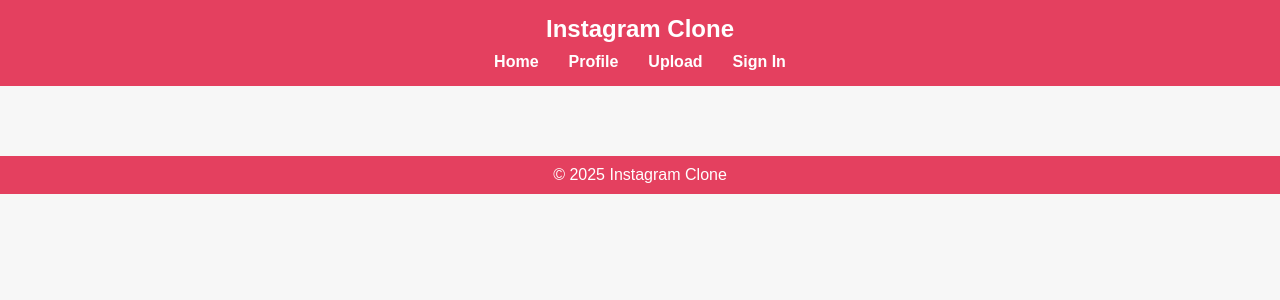
Repository: burhannaseer/CloudClips
Page: index.html
The author's editor kept a copy of each file at every save. The page is drawn from the files as they stood at one save, then again after the next save.
The browser window is 1280 px wide. The pictures show the whole page.

Above is the page before, as saved 2025-05-06 02:52:08.

### index.html
<!DOCTYPE html>
<html lang="en">
<head>
  <meta charset="UTF-8">
  <meta name="viewport" content="width=device-width, initial-scale=1.0">
  <title>Instagram Clone - Home</title>
  <link rel="stylesheet" href="styles.css">
</head>
<body>
  <header>
    <div class="container">
      <h1>Instagram Clone</h1>
      <nav>
        <a href="index.html">Home</a>
        <a href="profile.html">Profile</a>
        <a href="upload.html">Upload</a>
        <a href="signin.html">Sign In</a>
      </nav>
    </div>
  </header>

  <main class="container">
    <div id="feed" class="feed"></div>
  </main>

  <footer>
    <div class="container">&copy; 2025 Instagram Clone</div>
  </footer>

  <script src="script.js"></script>
</body>
</html>

### styles.css
/* Basic Styles for the Instagram Clone with Pink Color Scheme */
* {
  margin: 0;
  padding: 0;
  box-sizing: border-box;
}

body {
  font-family: Arial, sans-serif;
  margin: 0;
  padding: 0;
  background-color: #f7f7f7;
  color: #333;
}

.container {
  width: 90%;
  margin: 0 auto;
}

/* Header Styles */
header {
  background-color: #e4405f; /* Instagram Pink */
  color: white;
  padding: 15px 0;
}

header h1 {
  margin: 0;
  font-size: 1.5em;
  text-align: center;
}

header nav {
  display: flex;
  justify-content: center;
  margin-top: 10px;
}

header nav a {
  color: white;
  text-decoration: none;
  margin: 0 15px;
  font-weight: bold;
}

header nav a:hover {
  text-decoration: underline;
}

/* Footer Styles */
footer {
  text-align: center;
  padding: 10px 0;
  background-color: #e4405f;
  color: white;
}

/* Main Feed */
main {
  padding: 20px 0;
}

h2 {
  font-size: 2em;
  margin-bottom: 20px;
  color: #333;
  text-align: center;
}

form {
  background-color: white;
  padding: 30px;
  border-radius: 8px;
  box-shadow: 0 0 10px rgba(0, 0, 0, 0.1);
  max-width: 400px;
  margin: 0 auto;
}

form input[type="text"],
form input[type="email"],
form input[type="tel"],
form input[type="password"],
form textarea {
  width: 100%;
  padding: 12px;
  margin-bottom: 10px;
  border: 1px solid #ddd;
  border-radius: 4px;
  font-size: 1rem;
}

form input[type="file"] {
  width: 100%;
  padding: 10px;
  margin-bottom: 10px;
}

form button {
  width: 100%;
  padding: 12px;
  background-color: #e4405f; /* Instagram Pink */
  color: white;
  border: none;
  cursor: pointer;
  border-radius: 4px;
  font-size: 1rem;
  transition: background-color 0.3s;
}

form button:hover {
  background-color: #f601ca; /* Darker pink shade */
}

form button:active {
  background-color: #f601ca; /* Even darker pink for active state */
}

form input[type="text"]:focus,
form input[type="email"]:focus,
form input[type="password"]:focus,
form textarea:focus {
  border-color: #e4405f; /* Focus border with pink */
}

/* Feed (Home Page) */
.feed {
  display: flex;
  flex-direction: column;
  margin-top: 30px;
}

.post {
  background-color: white;
  padding: 20px;
  margin-bottom: 20px;
  border-radius: 8px;
  box-shadow: 0 0 10px rgba(0, 0, 0, 0.1);
}

.post img,
.post video {
  width: 100%;
  border-radius: 8px;
}

.actions {
  display: flex;
  justify-content: flex-start;
  margin-top: 10px;
}

.actions span {
  cursor: pointer;
  margin-right: 20px;
  color: #e4405f;
  font-size: 1.1rem;
  transition: color 0.3s;
}

.actions span:hover {
  color: #f601ca;
}

/* Sign Up and Sign In Forms */
.sign-up-form,
.sign-in-form {
  background-color: white;
  padding: 30px;
  border-radius: 8px;
  box-shadow: 0 0 10px rgba(0, 0, 0, 0.1);
  max-width: 400px;
  margin: 0 auto;
}

.sign-up-form input[type="text"],
.sign-up-form input[type="email"],
.sign-up-form input[type="tel"],
.sign-up-form input[type="password"],
.sign-up-form input[type="file"],
.sign-up-form textarea {
  width: 100%;
  padding: 12px;
  margin-bottom: 10px;
  border: 1px solid #ddd;
  border-radius: 4px;
  font-size: 1rem;
}

.sign-up-form button {
  width: 100%;
  padding: 12px;
  background-color: #e4405f; /* Instagram Pink */
  color: white;
  border: none;
  cursor: pointer;
  border-radius: 4px;
  font-size: 1rem;
  transition: background-color 0.3s;
}

.sign-up-form button:hover {
  background-color: #f601ca; /* Darker pink shade */
}

.sign-up-form button:active {
  background-color: #f601ca; /* Even darker pink for active state */
}

.sign-up-form input[type="text"]:focus,
.sign-up-form input[type="email"]:focus,
.sign-up-form input[type="password"]:focus,
.sign-up-form textarea:focus {
  border-color: #e4405f; /* Focus border with pink */
}

/* Profile Page */
.profile-container {
  background-color: white;
  padding: 20px;
  border-radius: 8px;
  box-shadow: 0 0 10px rgba(0, 0, 0, 0.1);
  max-width: 600px;
  margin: 0 auto;
}

.profile-container img {
  width: 100%;
  border-radius: 50%;
  max-width: 150px;
  margin: 0 auto;
  display: block;
  margin-bottom: 20px;
}

.profile-container h3 {
  font-size: 1.8em;
  margin-bottom: 10px;
  text-align: center;
}

.profile-container p {
  text-align: center;
  color: #777;
}

.profile-container .button {
  padding: 10px 20px;
  background-color: #e4405f;
  color: white;
  text-decoration: none;
  border-radius: 4px;
  display: block;
  text-align: center;
  margin-top: 20px;
}

.profile-container .button:hover {
  background-color: #f601ca;
}

.profile-container .button:active {
  background-color: #f601ca;
}

/* Responsive Styles */
@media (max-width: 768px) {
  header h1 {
    font-size: 1.2em;
  }

  header nav {
    flex-direction: column;
    margin-top: 10px;
  }

  header nav a {
    margin: 5px 0;
  }

  .feed {
    padding: 0 10px;
  }
}

### script.js
// Handle Sign Up
const signupForm = document.getElementById('signupForm');
if (signupForm) {
  signupForm.addEventListener('submit', function(e) {
    e.preventDefault();

    const firstName = document.getElementById('firstName').value;
    const lastName = document.getElementById('lastName').value;
    const email = document.getElementById('email').value;
    const phone = document.getElementById('phone').value;
    const password = document.getElementById('password').value;
    const confirmPassword = document.getElementById('confirmPassword').value;

    if (!firstName || !lastName || !email || !phone || !password || !confirmPassword) {
      alert('Please fill in all fields.');
      return;
    }

    if (password !== confirmPassword) {
      alert('Passwords do not match.');
      return;
    }

    const user = {
      firstName,
      lastName,
      email,
      phone,
      password,
    };

    localStorage.setItem('user', JSON.stringify(user));
    alert('Account created successfully!');
    window.location.href = 'signin.html';
  });
}

// Handle Sign In
const signinForm = document.getElementById('signinForm');
if (signinForm) {
  signinForm.addEventListener('submit', function(e) {
    e.preventDefault();

    const email = document.getElementById('emailSignIn').value;
    const password = document.getElementById('passwordSignIn').value;

    const user = JSON.parse(localStorage.getItem('user'));

    if (!user) {
      alert('No account found. Please sign up first.');
      return;
    }

    if (user.email === email && user.password === password) {
      alert('Sign In successful!');
      window.location.href = 'index.html';
    } else {
      alert('Incorrect email or password. Please try again.');
    }
  });
}

// Handle Post Upload
const form = document.getElementById('uploadForm');
if (form) {
  form.addEventListener('submit', function(e) {
    e.preventDefault();

    const title = document.getElementById('titleInput').value;
    const fileInput = document.getElementById('mediaInput');
    const description = document.getElementById('descriptionInput').value;
    const file = fileInput.files[0];
    const reader = new FileReader();

    reader.onload = function() {
      const post = {
        title,
        media: reader.result,
        type: file.type,
        description,
        likes: 0
      };

      const posts = JSON.parse(localStorage.getItem('posts')) || [];
      posts.unshift(post);
      localStorage.setItem('posts', JSON.stringify(posts));

      alert('Post uploaded!');
      window.location.href = 'index.html';
    };

    if (file) {
      reader.readAsDataURL(file);
    }
  });
}

function renderPosts(containerId) {
  const container = document.getElementById(containerId);
  if (!container) return;

  const posts = JSON.parse(localStorage.getItem('posts')) || [];
  posts.forEach((post, index) => {
    const div = document.createElement('div');
    div.className = 'post';

    const mediaTag = post.type.startsWith('video') ?
      `<video controls width="100%"><source src="${post.media}" type="${post.type}"></video>` :
      `<img src="${post.media}" alt="">`;

    div.innerHTML = `
      <h3>${post.title || 'Untitled'}</h3>
      ${mediaTag}
      <p>${post.description}</p>
      <div class="actions">
        <span onclick="likePost(${index})">❤️ ${post.likes}</span>
        <span title="Share">🔗</span>
        <span title="Save">💾</span>
      </div>
    `;
    container.appendChild(div);
  });
}

function likePost(index) {
  const posts = JSON.parse(localStorage.getItem('posts')) || [];
  posts[index].likes++;
  localStorage.setItem('posts', JSON.stringify(posts));
  location.reload();
}

renderPosts('feed');

After the next save:
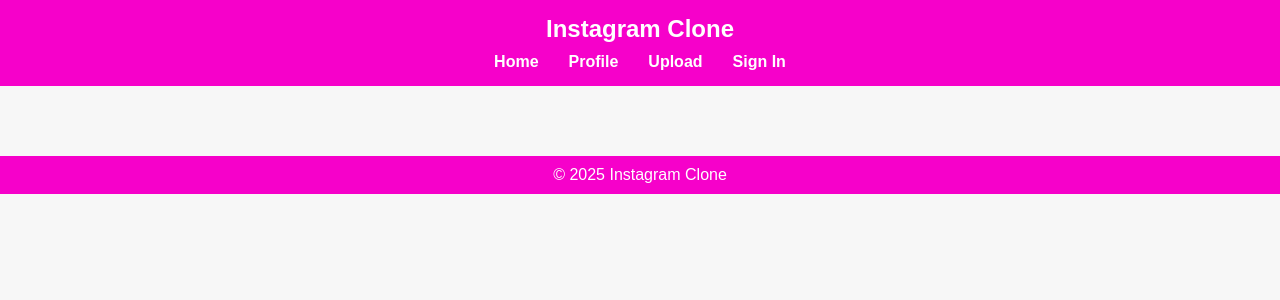
Saved 8 s later.
--- a/styles.css
+++ b/styles.css
@@ -20,7 +20,7 @@
 
 /* Header Styles */
 header {
-  background-color: #e4405f; /* Instagram Pink */
+  background-color: #f601ca; /* Instagram Pink */
   color: white;
   padding: 15px 0;
 }
@@ -52,7 +52,7 @@
 footer {
   text-align: center;
   padding: 10px 0;
-  background-color: #e4405f;
+  background-color: #f601ca;
   color: white;
 }
 
@@ -99,7 +99,7 @@
 form button {
   width: 100%;
   padding: 12px;
-  background-color: #e4405f; /* Instagram Pink */
+  background-color: #f601ca; /* Instagram Pink */
   color: white;
   border: none;
   cursor: pointer;
@@ -120,7 +120,7 @@
 form input[type="email"]:focus,
 form input[type="password"]:focus,
 form textarea:focus {
-  border-color: #e4405f; /* Focus border with pink */
+  border-color: #f601ca; /* Focus border with pink */
 }
 
 /* Feed (Home Page) */
@@ -153,7 +153,7 @@
 .actions span {
   cursor: pointer;
   margin-right: 20px;
-  color: #e4405f;
+  color: #f601ca;
   font-size: 1.1rem;
   transition: color 0.3s;
 }
@@ -190,7 +190,7 @@
 .sign-up-form button {
   width: 100%;
   padding: 12px;
-  background-color: #e4405f; /* Instagram Pink */
+  background-color: #f601ca; /* Instagram Pink */
   color: white;
   border: none;
   cursor: pointer;
@@ -211,7 +211,7 @@
 .sign-up-form input[type="email"]:focus,
 .sign-up-form input[type="password"]:focus,
 .sign-up-form textarea:focus {
-  border-color: #e4405f; /* Focus border with pink */
+  border-color: #f601ca; /* Focus border with pink */
 }
 
 /* Profile Page */
@@ -246,7 +246,7 @@
 
 .profile-container .button {
   padding: 10px 20px;
-  background-color: #e4405f;
+  background-color: #f601ca;
   color: white;
   text-decoration: none;
   border-radius: 4px;
